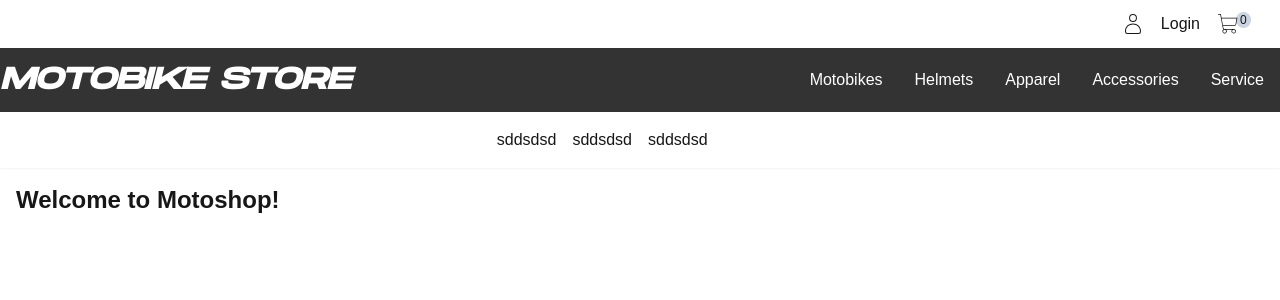
Repository: Than-sothearak/next-motoshop
Page: /
These files come from the project's save history. The page is drawn as it stood at one moment and after the next save; the edit follows.
The browser window is 1280 px wide. The pictures show the whole page.
The project was rebuilt for these pictures with package versions that can differ from the ones it lists, and the page was loaded fresh each time. The framework's server and built-in components were replaced by stand-ins that run in the browser. Also part of the build but not shown: next.config.mjs.

Above is the page before, as saved 2024-10-10 21:28:31.

After the next save:
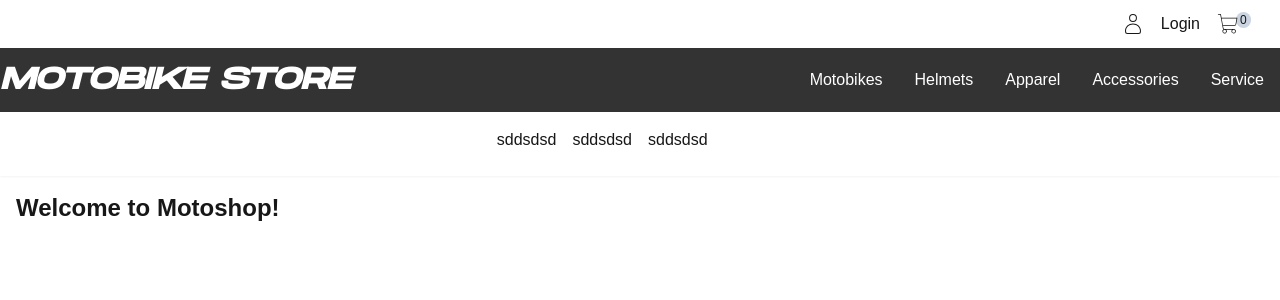
Saved 16 s later.
--- a/app/components/Navbar.js
+++ b/app/components/Navbar.js
@@ -58,7 +58,7 @@ export default function Navbar() {
         </div>
       </nav>
 
-      <div className="shadow-sm p-4 container mx-auto  justify-center flex">
+      <div className="shadow-sm p-4 h-16 container mx-auto  justify-center flex">
         <div>
           <ul className="grid grid-cols-4 gap-4">
             <a>sddsdsd</a>
